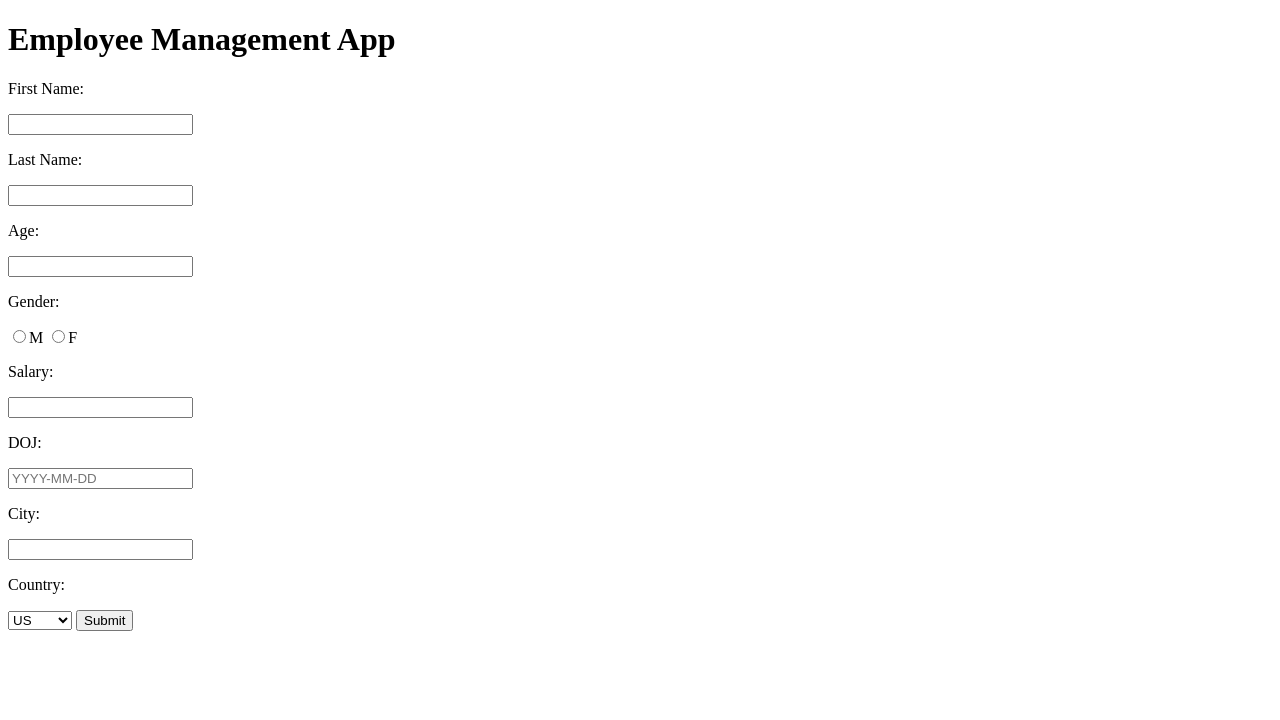
Repository: SaumyaGuptaTechnokrat/Employee_management
Page: http://localhost/Employee/index.jsp
These files come from the project's save history. The page is drawn as it stood at one moment and after the next save; the edit follows.
The browser window is 1280 px wide. The pictures show the whole page.
The page is served by Tomcat 9. Other server files are loaded and not shown.

Above is the page before, as saved 2023-02-10 17:33:43.

### Employee/src/main/webapp/index.jsp
<%@ page language="java" contentType="text/html; charset=ISO-8859-1"
    pageEncoding="ISO-8859-1"%>
<!DOCTYPE html>
<html>
<head>
<meta charset="ISO-8859-1">
<title>Insert title here</title>

</head>
<body>
<h1>Employee Management App</h1>
<div class="form_container">
<form action="addRecord.jsp" method="post" >

		<p>First Name:</p><input name="fName" type="text"><br>
		<p>Last Name:</p><input name="lName" type="text"><br>
		<p>Age:</p><input name="age" type="number"><br>
		<p>Gender:</p><input name="Gender" type="radio" value="Male">M
		<input type="radio" name="Gender" value="Female">F<br>
		<p>Salary:</p><input name="salary" type="text"><br>
		<p>DOJ:</p><input name="Doj" placeholder="YYYY-MM-DD" type="text"><br>
		<p>City:</p><input name="City" type="text"><br>
		<p>Country:</p><select name="Country">
		<option value="US">US<option/>
		<option value="US">INDIA<option/>
		<option value="US">UK<option/>
		<option value="US">JAPAN<option/>
		</select>
		<input type="button" value="Submit">
</form>
	</div>

</body>
</html>

### Employee/src/main/webapp/Mystyle.css
h1{
	text-align:center;padding-top:20px;color:gray;font-size:550%;
}

After the next save:
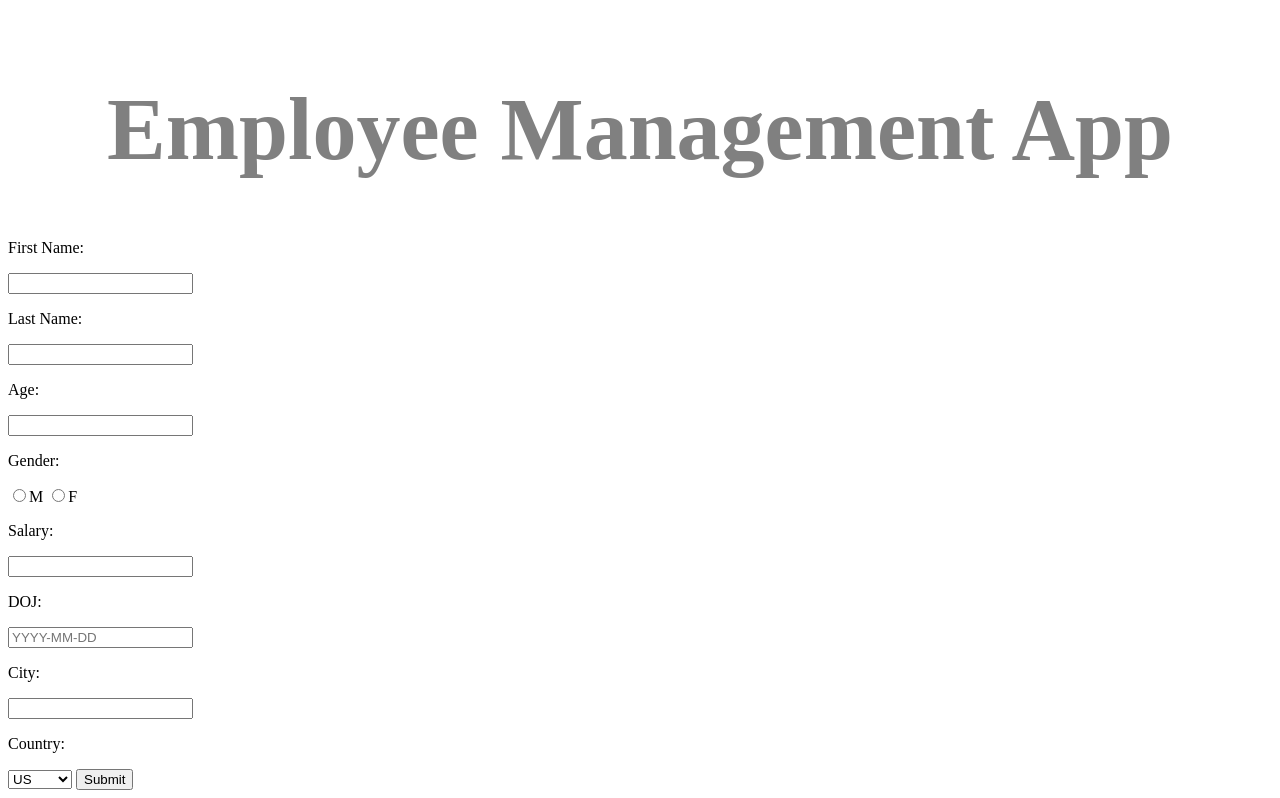
Saved 76 s later.
--- a/Employee/src/main/webapp/index.jsp
+++ b/Employee/src/main/webapp/index.jsp
@@ -5,7 +5,7 @@
 <head>
 <meta charset="ISO-8859-1">
 <title>Insert title here</title>
-
+<link rel="stylesheet" href="Mystyle.css">
 </head>
 <body>
 <h1>Employee Management App</h1>
